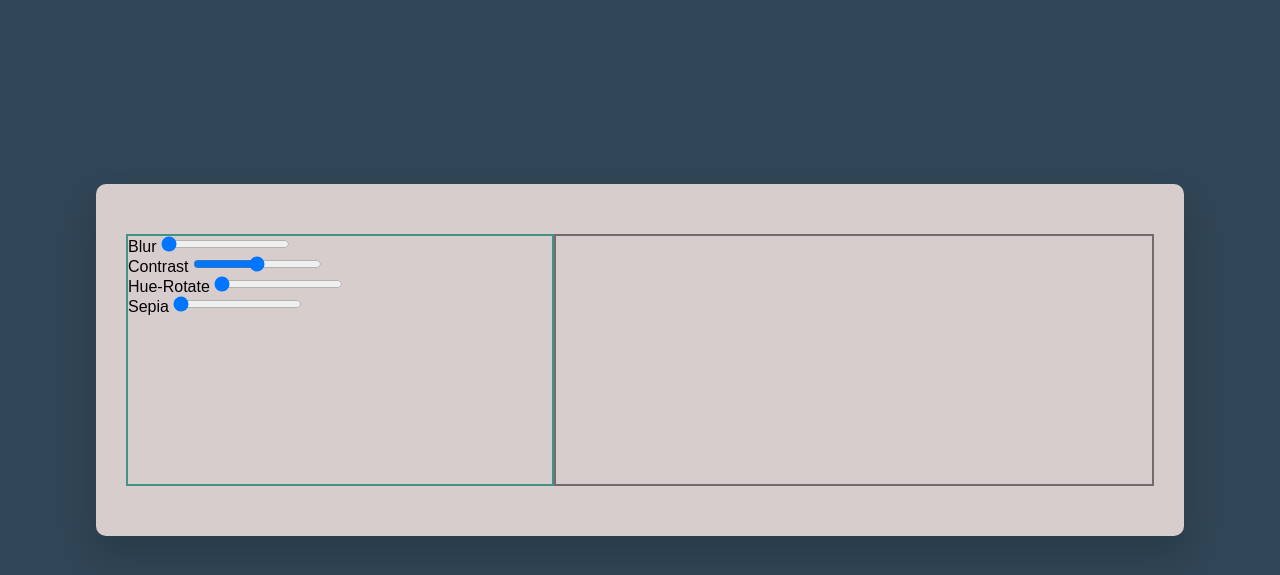
Repository: Larrowo/Challenges
Page: Photo filter/index.html
The author's editor kept a copy of each file at every save. The page is drawn from the files as they stood at one save, then again after the next save.
The browser window is 1280 px wide. The pictures show the whole page.

Above is the page before, as saved 2022-04-01 12:44:19.

### Photo filter/index.html
<!DOCTYPE html>
<html lang="en">
<head>
    <meta charset="UTF-8">
    <meta http-equiv="X-UA-Compatible" content="IE=edge">
    <meta name="viewport" content="width=device-width, initial-scale=1.0">
    <link rel="stylesheet" href="style.css">
    <script src="script.js" defer></script>
    <title>Document</title>
</head>
<body>
    <div class="wrapper">
        <div class="editor">
            <div class="filter">
                <label for="blur">Blur</label>
                <input type="range" min="0" max="5" value="0" step="0.1" id="blur">
            </div>
            <div class="filter">
                <label for="contrast">Contrast</label>
                <input type="range" min="0" max="200" value="100"  id="Contrast">
            </div>
            <div class="filter">
                <label for="Hue-rotate">Hue-Rotate</label>
                <input type="range" min="0" max="360" value="0"  id="Hue-rotate">
            </div>
            <div class="filter">
                <label for="Sepia">Sepia</label>
                <input type="range" min="0" max="100" value="0"  id="Sepia">
            </div>

        </div>
        <div class="results">

        </div>
    </div>
</body>
</html>

### Photo filter/style.css
*{
    padding: 0;
    margin: 0;
    box-sizing: border-box;
    font-family: "Rubik",sans-serif;
}

body{
    background-color: #304555;
}

  .wrapper{
     width: 85vw;
     padding: 50px 30px;
     background-color: #d8cdcd;
     position: absolute;
     transform: translate(-50%,-50%);
     top: 50%;
     left: 50%;
     border-radius: 10px;
     box-shadow: 0 20px 35px rgba(0,0,0,0.15);
     display: grid;
     grid-template-columns: 5fr 7fr;
 }

 .editor{
     border: 2px solid rgba(56, 143, 129, 0.932);
     min-height: 35vmin;
     display: flex;
     flex-direction: column;
 }

 .results{
     border: 2px solid rgba(0, 0, 0, 0.473);
 }

 /*Todo lo que está debajo fue descaradamente robado*/
/*
 input[type=range] {
    height: 26px;
    -webkit-appearance: none;
    margin: 10px 0;
    width: 100%;
  }
  input[type=range]:focus {
    outline: none;
  }
  input[type=range]::-webkit-slider-runnable-track {
    width: 100%;
    height: 14px;
    cursor: pointer;
    animate: 0.2s;
    box-shadow: 1px 1px 1px #50555C;
    background: #50555C;
    border-radius: 14px;
    border: 0px solid #000000;
  }
  input[type=range]::-webkit-slider-thumb {
    box-shadow: 0px 0px 0px #000000;
    border: 0px solid #000000;
    height: 20px;
    width: 40px;
    border-radius: 12px;
    background: #529DE1;
    cursor: pointer;
    -webkit-appearance: none;
    margin-top: -3px;
  }
  input[type=range]:focus::-webkit-slider-runnable-track {
    background: #50555C;
  }
  input[type=range]::-moz-range-track {
    width: 100%;
    height: 14px;
    cursor: pointer;
    animate: 0.2s;
    box-shadow: 1px 1px 1px #50555C;
    background: #50555C;
    border-radius: 14px;
    border: 0px solid #000000;
  }
  input[type=range]::-moz-range-thumb {
    box-shadow: 0px 0px 0px #000000;
    border: 0px solid #000000;
    height: 20px;
    width: 40px;
    border-radius: 12px;
    background: #529DE1;
    cursor: pointer;
  }
  input[type=range]::-ms-track {
    width: 100%;
    height: 14px;
    cursor: pointer;
    animate: 0.2s;
    background: transparent;
    border-color: transparent;
    color: transparent;
  }
  input[type=range]::-ms-fill-lower {
    background: #50555C;
    border: 0px solid #000000;
    border-radius: 28px;
    box-shadow: 1px 1px 1px #50555C;
  }
  input[type=range]::-ms-fill-upper {
    background: #50555C;
    border: 0px solid #000000;
    border-radius: 28px;
    box-shadow: 1px 1px 1px #50555C;
  }
  input[type=range]::-ms-thumb {
    margin-top: 1px;
    box-shadow: 0px 0px 0px #000000;
    border: 0px solid #000000;
    height: 20px;
    width: 40px;
    border-radius: 12px;
    background: #529DE1;
    cursor: pointer;
  }
  input[type=range]:focus::-ms-fill-lower {
    background: #50555C;
  }
  input[type=range]:focus::-ms-fill-upper {
    background: #50555C;
  } */

Loaded but not shown: Photo filter/script.js (no copy from this time; the picture is the same without it)

After the next save:
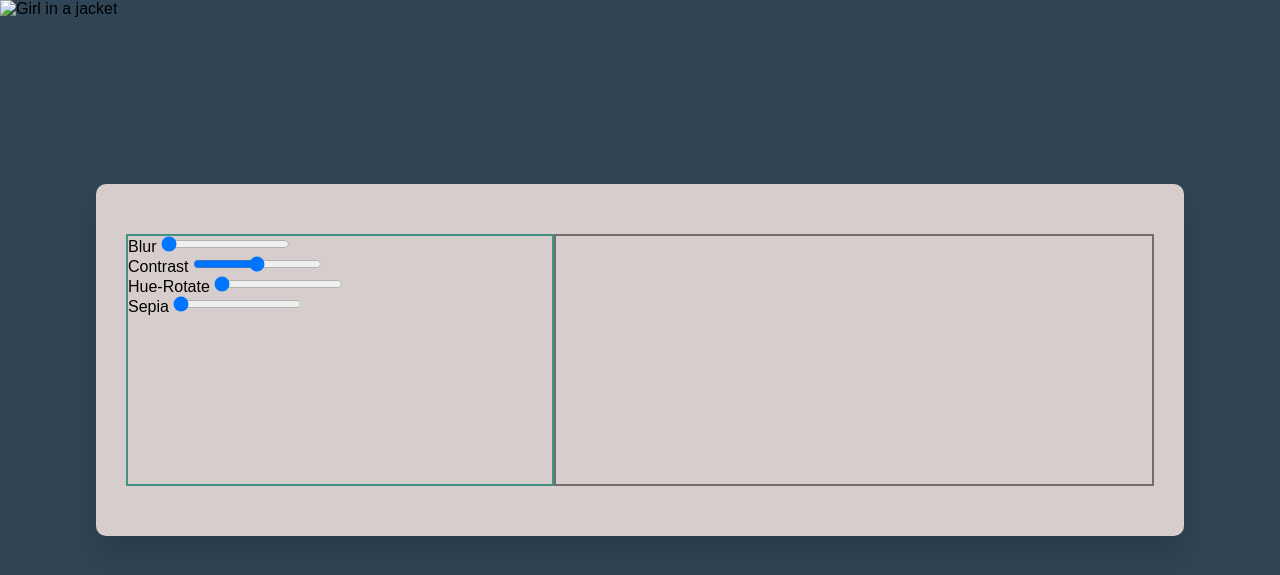
Not found: Photo filter/tortoirse-cat-1.jpg
Saved 2 days later.
--- a/Photo filter/index.html
+++ b/Photo filter/index.html
@@ -6,6 +6,8 @@
     <meta name="viewport" content="width=device-width, initial-scale=1.0">
     <link rel="stylesheet" href="style.css">
     <script src="script.js" defer></script>
+    <img src="tortoirse-cat-1.jpg" alt="Girl in a jacket">
+
     <title>Document</title>
 </head>
 <body>
